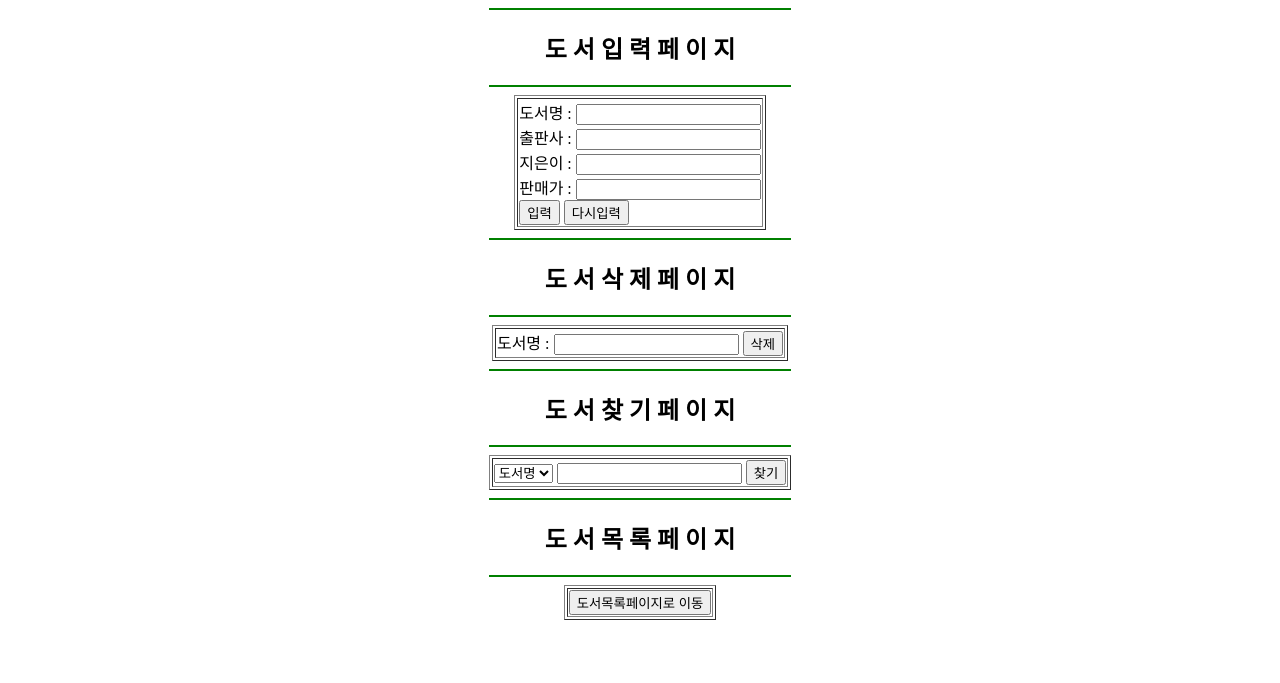
Repository: sungeunbyeol/Nowon-ezen-jsp
Page: http://localhost/jspBook/book/book.jsp
The author's editor kept a copy of each file at every save. The page is drawn from the files as they stood at one save, then again after the next save.
The browser window is 1280 px wide. The pictures show the whole page.
The page is served by Tomcat 9.

Above is the page before, as saved 2021-11-04 06:20:46.

After the next save:
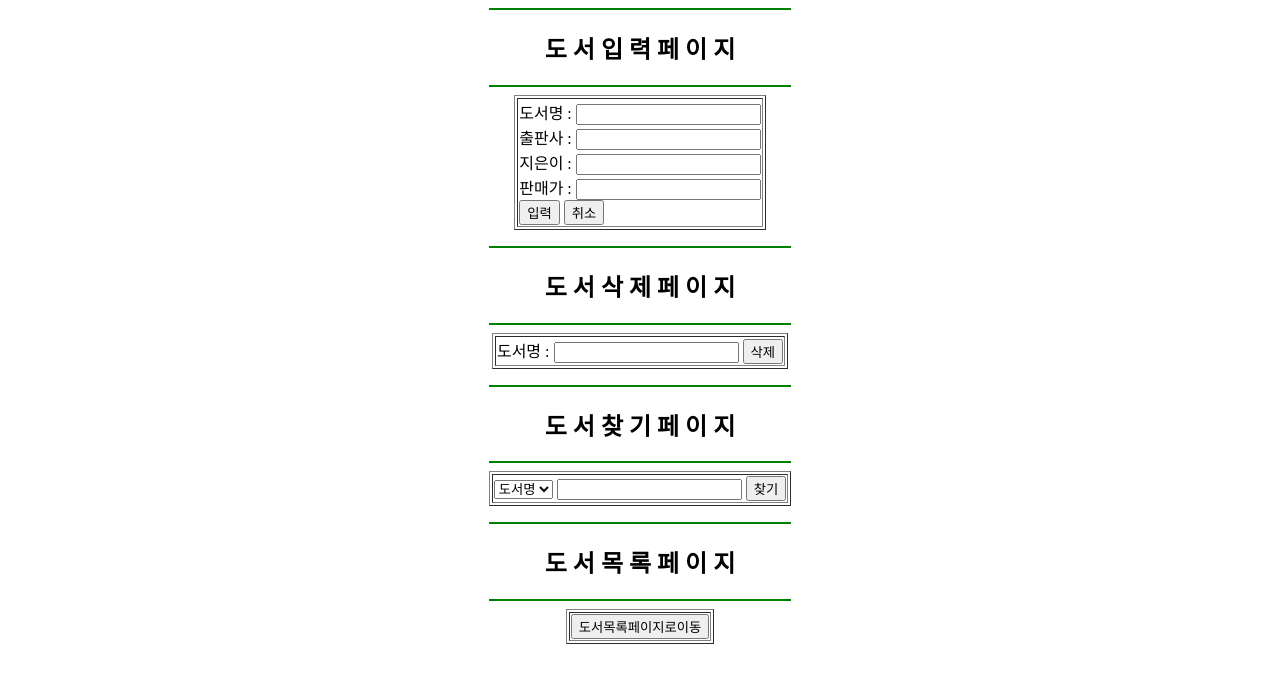
Saved 9 s later.
--- a/jspBook/WebContent/book/book.jsp
+++ b/jspBook/WebContent/book/book.jsp
@@ -1,31 +1,29 @@
 <%@ page language="java" contentType="text/html; charset=EUC-KR"
     pageEncoding="EUC-KR"%>
-<!DOCTYPE html>
+<!-- book.jsp -->
 <html>
 <head>
-<meta charset="EUC-KR">
-<title>도서관리프로그램</title>
+	<title>도서관리프로그램</title>
 </head>
 <body>
 	<div align="center">
-	<hr color = "green" width="300">
-	<h2>도 서 입 력 페 이 지</h2>
-	<hr color = "green" width="300">
+		<hr color="green" width="300">
+		<h2>도 서 입 력 페 이 지</h2>
+		<hr color="green" width="300">
 		<form name="f" action="insert.jsp" method="post">
 			<table border="1">
 				<tr>
 					<td>
-					도서명 : <input type="text" name="bookname"> <br>
-					출판사 : <input type="text" name="publisher"> <br>
-					지은이 : <input type="text" name="writer"> <br>
-					판매가 : <input type="text" name="price"> <br>
-					<input type="submit" value="입력">
-					<input type="reset" value="다시입력">
+						도서명 : <input type="text" name="bookname"><br>
+						출판사 : <input type="text" name="publisher"><br>
+						지은이 : <input type="text" name="writer"><br>
+						판매가 : <input type="text" name="price"><br>
+						<input type="submit" value="입력">
+						<input type="reset" value="취소">
 					</td>
 				</tr>
 			</table>
 		</form>
-
 		<hr color="green" width="300">
 		<h2>도 서 삭 제 페 이 지</h2>
 		<hr color="green" width="300">
@@ -39,7 +37,6 @@
 				</tr>
 			</table>
 		</form>
-
 		<hr color="green" width="300">
 		<h2>도 서 찾 기 페 이 지</h2>
 		<hr color="green" width="300">
@@ -58,7 +55,6 @@
 				</tr>
 			</table>
 		</form>
-
 		<hr color="green" width="300">
 		<h2>도 서 목 록 페 이 지</h2>
 		<hr color="green" width="300">
@@ -66,7 +62,7 @@
 			<table border="1">
 				<tr>
 					<td>
-						<input type="submit" value="도서목록페이지로 이동">
+						<input type="submit" value="도서목록페이지로이동">
 					</td>
 				</tr>
 			</table>
